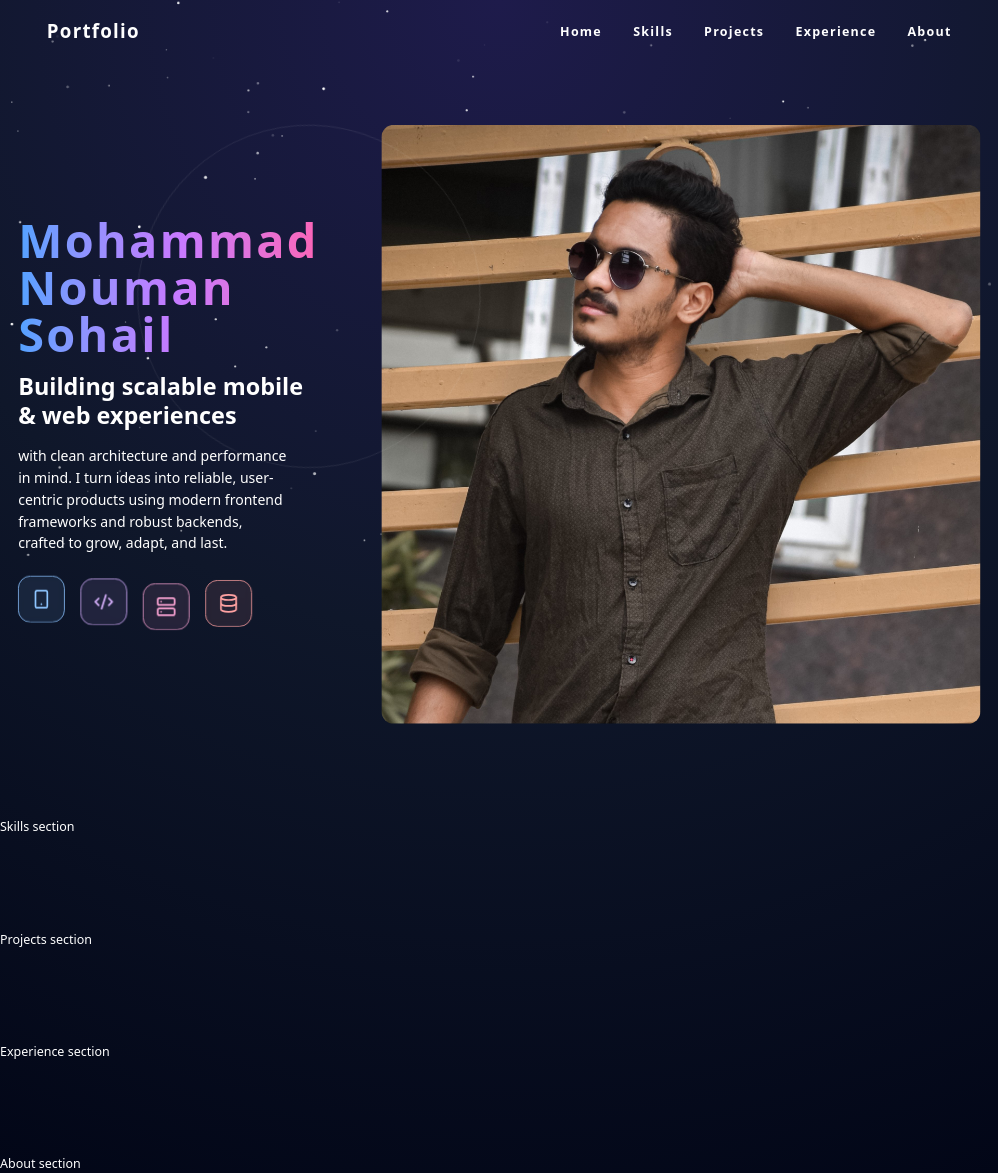
Repository: NoumanSohail/Nouman-Sohail-Portfolio
Page: /
An editor plug-in stored every save of this project. The page is shown before and after the next save, followed by the edit.
The browser window is 1280 px wide. The pictures show the whole page, at 78% of full size.
The project was rebuilt for these pictures with package versions that can differ from the ones it lists, and the page was loaded fresh each time. The framework's server and built-in components were replaced by stand-ins that run in the browser. Also part of the build but not shown: next.config.ts.

Above is the page before, as saved 2026-01-24 19:54:03.

### app/layout.tsx
import type { Metadata } from "next";
import { Geist, Geist_Mono } from "next/font/google";
import "./globals.css";
import Navbar from "./components/header/Navbar";
import StarBackground from "./components/ui/StarBackground";

const geistSans = Geist({
  variable: "--font-geist-sans",
  subsets: ["latin"],
});

const geistMono = Geist_Mono({
  variable: "--font-geist-mono",
  subsets: ["latin"],
});

export const metadata: Metadata = {
  title: "Create Next App",
  description: "Generated by create next app",
};

export default function RootLayout({
  children,
}: Readonly<{
  children: React.ReactNode;
}>) {
  return (
    <html lang="en">
      <body
        className={`${geistSans.variable} ${geistMono.variable} antialiased`}
      >
        <StarBackground />
        <Navbar />
        {children}
      </body>
    </html>
  );
}

### app/page.tsx
import React from 'react'
import Hero from './components/sections/Hero'
import Skills from './components/sections/Skills'
import Projects from './components/sections/Projects'
import Experience from './components/sections/Experience'
import About from './components/sections/About'

const page = () => {
  return (
    <div>
      <Hero />
      <Skills />
      <Projects />
      <Experience />
      <About />
    </div>
  )
}

export default page

### app/globals.css
@import "tailwindcss";

html {
  scroll-behavior: smooth;
}

body {
  overflow-x: hidden;
  position: relative;
  background: radial-gradient(circle at 50% 0%, #1e1b4b, #0f172a, #020617);
  min-height: 100vh;
}

### app/components/header/Navbar.tsx
"use client";

import { useEffect, useState } from "react";
import { navLinks } from "@/app/data";
import Link from "next/link";
import { Menu, X } from "lucide-react";

const Navbar = () => {
  const [isScrolled, setIsScrolled] = useState(false);
  const [menuOpen, setMenuOpen] = useState(false);

  useEffect(() => {
    const handleScroll = () => setIsScrolled(window.scrollY > 20);
    window.addEventListener("scroll", handleScroll);
    return () => window.removeEventListener("scroll", handleScroll);
  }, []);

  return (
    <header
      className={`fixed top-0 left-0 right-0 z-50 transition-all ${
        isScrolled
          ? "bg-transparent backdrop-blur-md border-b border-white/20 shadow-lg py-3"
          : "bg-transparent py-6"
      }`}
    >
      <div className="w-full mx-auto max-w-384 flex items-center justify-between px-5 md:px-10 lg:px-15 text-white tracking-widest">
        <h1 className="font-bold text-2xl">Portfolio</h1>

        {/* large displays like laptops */}
        <nav className="hidden lg:flex">
          {navLinks.map((links) => (
            <div key={links.name} className="flex ml-10 font-semibold">
              <Link href={links.id}>{links.name}</Link>
            </div>
          ))}
        </nav>

        {/* Mobile Hamburger */}
        <div className="lg:hidden flex items-center justify-center">
          <button
            onClick={() => setMenuOpen(!menuOpen)}
            className="text-zinc-400"
          >
            <Menu size={30} />
          </button>
        </div>

        {menuOpen && (
          <div className="fixed inset-0 h-screen flex justify-end bg-black/40 backdrop-blur-sm">
            <div className="relative h-full w-[60%] bg-[#0f172a] text-white flex items-center transition-transform duration-300 translate-x-0">
              <button
                onClick={() => setMenuOpen(false)}
                className={`absolute top right-5 md:right-10 text-white ${isScrolled ? "top-3" : "top-6"}`}
              >
                <X size={30} />
              </button>

              <nav className="flex flex-col p-10 gap-10 mt-20">
                {navLinks.map((links) => (
                  <Link
                    key={links.name}
                    href={links.id}
                    onClick={() => setMenuOpen(false)}
                    className="font-semibold"
                  >
                    {links.name}
                  </Link>
                ))}
              </nav>
            </div>
          </div>
        )}
      </div>
    </header>
  );
};

export default Navbar;

### app/components/ui/StarBackground.tsx
"use client";

import { useEffect, useRef } from "react";

const StarBackground = () => {
  const canvasRef = useRef<HTMLCanvasElement | null>(null);

  useEffect(() => {
    const canvas = canvasRef.current;
    if (!canvas) return;

    const ctx = canvas.getContext("2d");
    if (!ctx) return;

    let stars: any[] = [];
    const STAR_COUNT = 120;

    const resize = () => {
      canvas.width = window.innerWidth;
      canvas.height = window.innerHeight;
    };

    resize();
    window.addEventListener("resize", resize);

    // Create stars
    stars = Array.from({ length: STAR_COUNT }).map(() => ({
      x: Math.random() * canvas.width,
      y: Math.random() * canvas.height,
      radius: Math.random() * 1.5 + 0.5,
      speed: Math.random() * 0.3 + 0.1,
      opacity: Math.random(),
    }));

    const animate = () => {
      ctx.clearRect(0, 0, canvas.width, canvas.height);

      stars.forEach((star) => {
        star.y += star.speed;
        if (star.y > canvas.height) {
          star.y = 0;
          star.x = Math.random() * canvas.width;
        }

        ctx.beginPath();
        ctx.arc(star.x, star.y, star.radius, 0, Math.PI * 2);
        ctx.fillStyle = `rgba(255,255,255,${star.opacity})`;
        ctx.fill();
      });

      requestAnimationFrame(animate);
    };

    animate();

    return () => window.removeEventListener("resize", resize);
  }, []);

  return (
    <canvas
      ref={canvasRef}
      className="fixed inset-0 pointer-events-none -z-10"
    />
  );
};

export default StarBackground;

### app/components/sections/Hero.tsx
import { personaldetails } from "@/app/data";
import Image from "next/image";
import me from "@/public/images/me.jpg";
import { Code2, Database, Server, Smartphone } from "lucide-react";

const Hero = () => {
  return (
    <section
      id="home"
      className="relative scroll-mt-40 w-full mx-auto max-w-384 px-5 md:px-10 lg:px-15 text-white mt-30 md:mt-40 z-10 overflow-hidden"
    >
      <div className="relative w-full h-full">
        {/* 🔮 Glowing Orb (UNDER the circle) */}
        <div
          className="absolute inset-0 mx-auto my-auto
               w-[35%] h-[35%]
               bg-indigo-500 rounded-full
               blur-[140px] opacity-40
               animate-pulse
               [animation-delay:600ms]
               [animation-duration:2.5s]
               -z-10"
        />

        {/* 🌀 Orbiting Circle (ON TOP) */}
        <div
          className="absolute left-[10%]
               w-50 h-50 md:w-110 md:h-110
               border border-white/10 rounded-full
               animate-spin
               [animation-duration:20s]
               z-10"
        />
      </div>

      <div className="flex flex-col lg:flex-row items-center justify-center gap-7 lg:gap-20 text-center lg:text-start">
        <div className="flex flex-col gap-5">
          <h1 className="font-black text-4xl lg:text-6xl tracking-wider text-balance text-transparent bg-clip-text bg-linear-to-r from-blue-400 via-purple-400 to-pink-400">
            {personaldetails.name}
          </h1>
          <h2 className="font-semibold text-2xl lg:text-3xl">
            {personaldetails.tagline}
          </h2>
          <p className="lg:text-lg lg:text-balance">
            {personaldetails.statement}
          </p>

          <div className="flex gap-5 mt-5 items-center justify-center lg:items-start lg:justify-start">
            <Smartphone
              size={60}
              className="p-4 border rounded-2xl backdrop-blur-xs bg-blue-300/10 hover:scale-110
                        border-blue-300  hover:border-blue-300 text-blue-300 hover:text-blue-300
                        transition-all duration-300 animate-bounce [animation-delay:0ms]"
            />
            <Code2
              size={60}
              className="p-4 border rounded-2xl backdrop-blur-xs bg-purple-300/10 hover:scale-110
                        border-purple-300 hover:border-purple-300 text-purple-300 hover:text-purple-300
                        transition-all duration-300 animate-bounce [animation-delay:100ms]"
            />
            <Server
              size={60}
              className="p-4 border rounded-2xl backdrop-blur-xs bg-pink-300/10 hover:scale-110
                        border-pink-300 hover:border-pink-300 text-pink-300 hover:text-pink-300
                        transition-all duration-300 animate-bounce [animation-delay:200ms]"
            />
            <Database
              size={60}
              className="p-4 border rounded-2xl backdrop-blur-xs bg-red-300/10 hover:scale-110
                        border-red-300 hover:border-red-300 text-red-300 hover:text-red-300
                        transition-all duration-300 animate-bounce [animation-delay:300ms]"
            />
          </div>
        </div>

        <Image
          src={me}
          alt={personaldetails.name}
          height={350}
          width={350}
          className="rounded-2xl lg:h-3xl lg:w-3xl"
        />
      </div>
    </section>
  );
};

export default Hero;

### app/components/sections/Skills.tsx

const Skills = () => {
  return (
    <section id="skills" className="h-fit">
      <div className="text-white pt-30">Skills section</div>
    </section>
  );
};

export default Skills;

### app/components/sections/Projects.tsx

const Projects = () => {
  return (
    <section id="projects" className="h-fit">
      <div className="text-white pt-30">Projects section</div>
    </section>
  )
}

export default Projects

### app/components/sections/Experience.tsx

const Experience = () => {
  return (
    <section id="experience" className="h-fit">
      <div className="text-white pt-30">Experience section</div>
    </section>
  );
};

export default Experience;

### app/components/sections/About.tsx

const About = () => {
  return (
    <section id="about" className="h-fit">
      <div className="text-white pt-30">About section</div>
    </section>
  )
}

export default About

### app/data.tsx
export const navLinks = [
  { name: "Home", id: "/#home" },
  { name: "Skills", id: "/#skills" },
  { name: "Projects", id: "/#projects" },
  { name: "Experience", id: "/#experience" },
  { name: "About", id: "/#about" },
];

export const personaldetails = {
  name: "Mohammad Nouman Sohail",
  role: "Full Stack Mobile & Web Developer",
  tagline: "Building scalable mobile & web experiences",
  statement:
    "with clean architecture and performance in mind. I turn ideas into reliable, user-centric products using modern frontend frameworks and robust backends, crafted to grow, adapt, and last.",
};

After the next save:
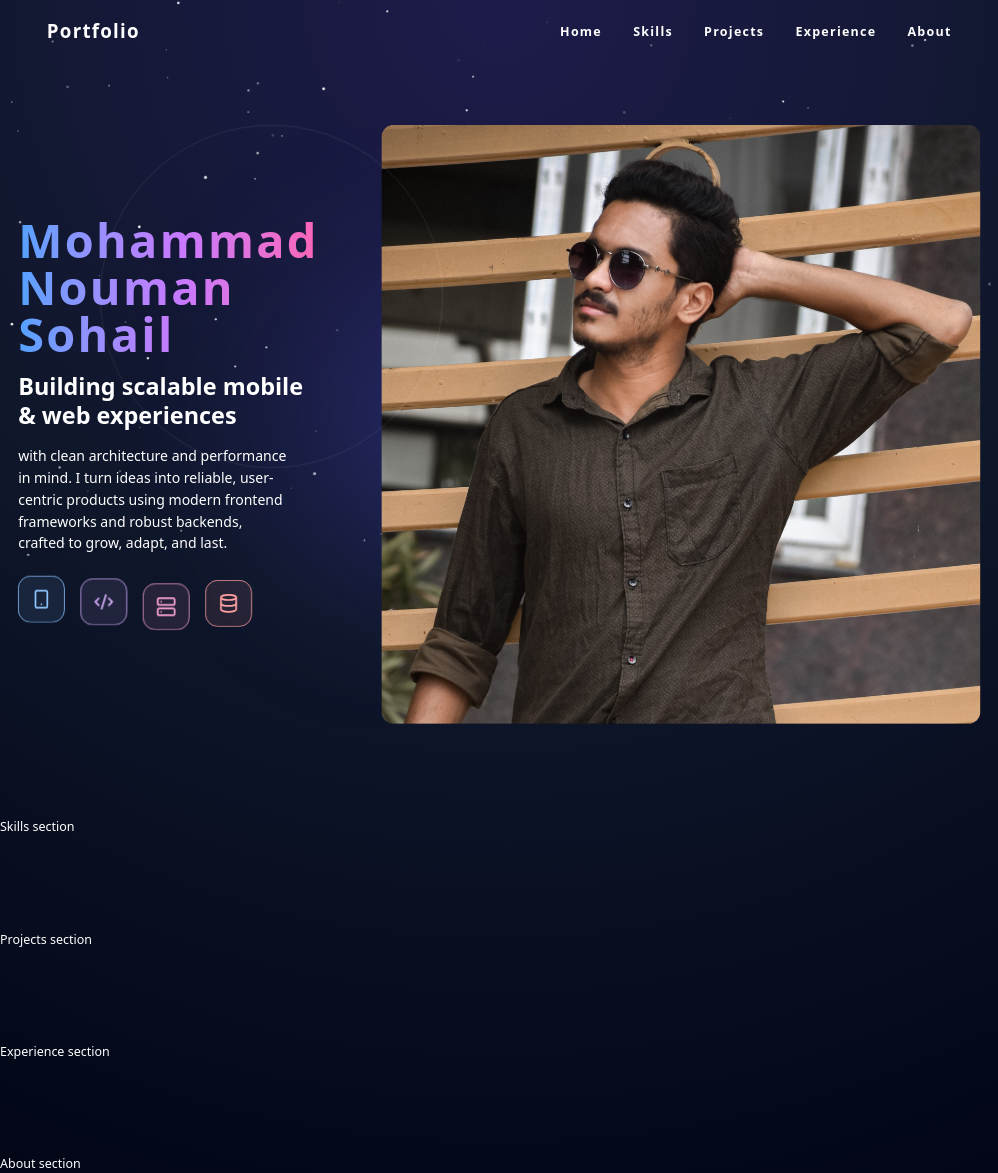
Saved 29 s later.
--- a/app/components/sections/Hero.tsx
+++ b/app/components/sections/Hero.tsx
@@ -9,7 +9,7 @@ const Hero = () => {
       id="home"
       className="relative scroll-mt-40 w-full mx-auto max-w-384 px-5 md:px-10 lg:px-15 text-white mt-30 md:mt-40 z-10 overflow-hidden"
     >
-      <div className="relative w-full h-full">
+      <div className="absolute inset-0 pointer-events-none">
         {/* 🔮 Glowing Orb (UNDER the circle) */}
         <div
           className="absolute inset-0 mx-auto my-auto
